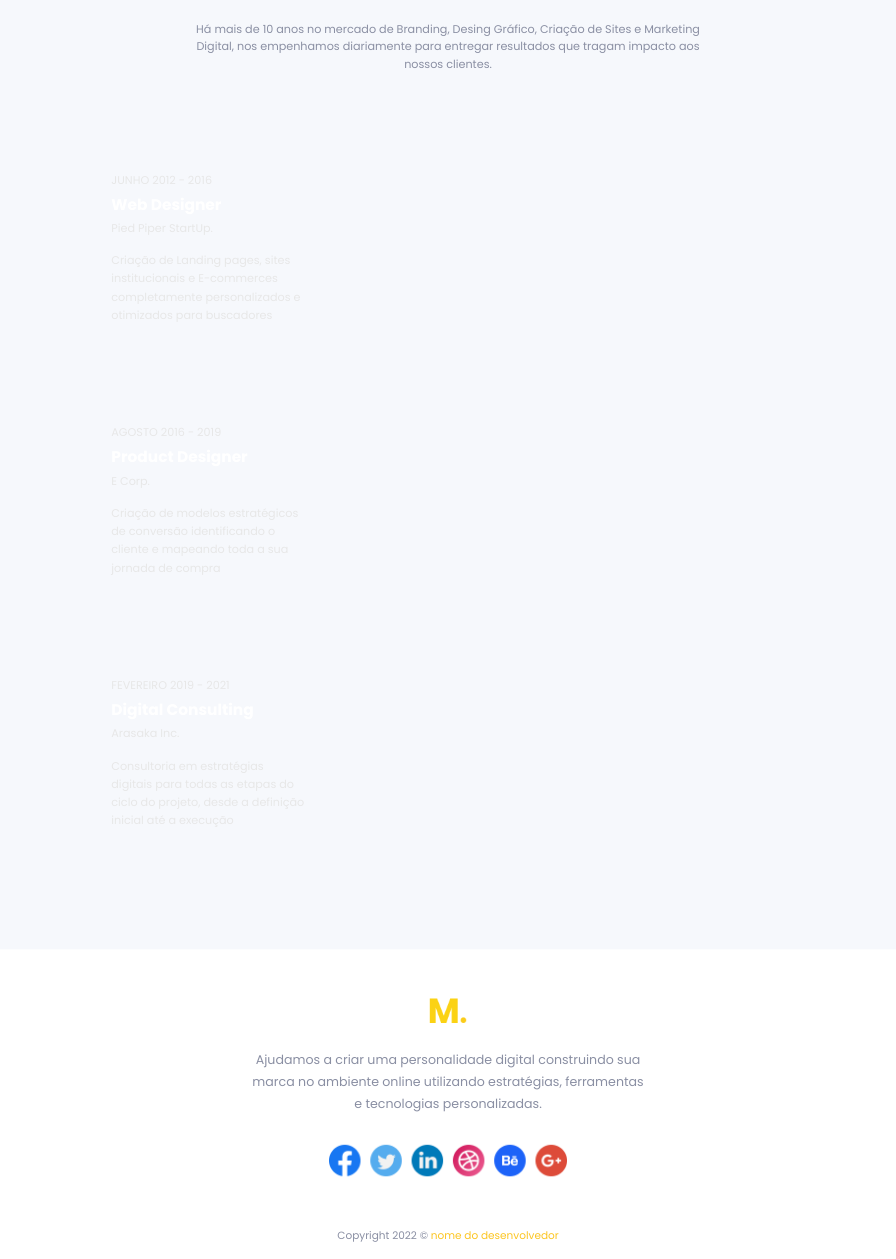
Repository: Daniells642/agencia-digital
Page: /
These files come from the project's save history. The page is drawn as it stood at one moment and after the next save; the edit follows.
The browser window is 1280 px wide. The pictures show the part of the page from y = 879 to 2799 px (the page is 2677 px tall before and 3457 px after), at 70% of full size.
The project was rebuilt for these pictures with package versions that can differ from the ones it lists, and the page was loaded fresh each time.

Above is the page before, as saved 2022-12-02 22:32:08.

### public/index.html
<!DOCTYPE html>
<html lang="pt-br">
  <head>
    <meta charset="utf-8" />
    <link rel="icon" href="assets/logo.png" />
    <meta name="viewport" content="width=device-width, initial-scale=1" />
    <meta name="theme-color" content="#000000" />
    <meta name="description"content="Web site created using create-react-app"/>
    <link rel="apple-touch-icon" href="%PUBLIC_URL%/logo192.png" />
    <link rel="manifest" href="%PUBLIC_URL%/manifest.json" />
    <link rel="preconnect" href="https://fonts.googleapis.com">
    <link rel="preconnect" href="https://fonts.gstatic.com" crossorigin>
    <link href="https://fonts.googleapis.com/css2?family=Poppins:wght@400;500;600;700;800;900&display=swap" rel="stylesheet">
    <title>Agência Digital</title>

  </head>
  <body>
    <noscript>You need to enable JavaScript to run this app.</noscript>
    <div id="root"></div>
    <!--
      This HTML file is a template.
      If you open it directly in the browser, you will see an empty page.

      You can add webfonts, meta tags, or analytics to this file.
      The build step will place the bundled scripts into the <body> tag.

      To begin the development, run `npm start` or `yarn start`.
      To create a production bundle, use `npm run build` or `yarn build`.
    -->
  </body>
</html>

### src/App.js
import Rodape from "./componentes/Rodape";
import SecaoExperienciaTrabalho from "./componentes/SecaoExperienciaTrabalho";
import Topo from "./componentes/Topo";
import SecaoBanner from "./componentes/SecaoBanner";
import "./App.css";
import React, { useState } from 'react';



function App() {

  const [ehTemaEscuro, setTemaEscuro] = useState(false)

  const alterarTema = () => {
    setTemaEscuro(!ehTemaEscuro)
  }

  return (
    <main>
      <Topo alterarTema={alterarTema} ehTemaEscuro={ehTemaEscuro} />
      <SecaoBanner ehTemaEscuro={ehTemaEscuro} />
      <SecaoExperienciaTrabalho ehTemaEscuro={ehTemaEscuro} />
      <Rodape ehTemaEscuro={ehTemaEscuro} />
    </main>
  );
}

export default App;

### src/componentes/Rodape/index.jsx
import "./style.css";
import Logo from '../../assets/logo.png';
import iconeFacebook from '../../assets/facebook.png';
import iconeTwitter from '../../assets/twitter.png';
import iconeLinkedin from '../../assets/linkedin.png';
import iconeDribble from '../../assets/dribble.png';
import iconeBehance from '../../assets/behance.png';
import iconeGooglePlus from '../../assets/google-plus.png';

export default function Rodape(props) {

  return(
    <footer className={props.ehTemaEscuro ? 'rodape-modo-escuro' : 'rodape-modo-claro'}>
      <img src={Logo} alt="logomarca"/>
      <p className="paragrafo">
        Ajudamos a criar uma personalidade digital construindo sua marca no ambiente online utilizando estratégias,
        ferramentas e tecnologias personalizadas.
      </p>
      <div className="iconesRodape">
        <img src={iconeFacebook} alt="facebook"/>
        <img src={iconeTwitter} alt="twitter"/>
        <img src={iconeLinkedin} alt="linkedin"/>
        <img src={iconeDribble} alt="dribble"/>
        <img src={iconeBehance} alt="behance"/>
        <img src={iconeGooglePlus} alt="google plus"/>
      </div>
      <div>
        <p className="copyright">Copyright 2022 &copy; <span>nome do desenvolvedor</span></p>
      </div>
    </footer>
  )
}

### src/componentes/SecaoExperienciaTrabalho/index.jsx
import './style.css';
import Card from "../Card";

export default function SecaoExperienciaTrabalho(props) {

  return (
    <section id="secaoExpDeTrab" className={props.ehTemaEscuro ? "secao-modo-escuro" : "secao-modo-claro"}>
      <div id="container-texto" className={props.ehTemaEscuro ? "container-texto-modo-escuro" : "container-texto-modo-claro"}>
        <h2>Experiências de Trabalho</h2>
        <p>
          Há mais de 10 anos no mercado de Branding, Desing Gráfico, Criação de Sites e Marketing Digital,
          nos empenhamos diariamente para entregar resultados que tragam impacto aos nossos clientes.
        </p>
      </div>
      <div className="conteiner-cards limitar-secao">
        <Card
          data="JUNHO 2012 - 2016"
          titulo="Web Designer"
          empresa="Pied Piper StartUp."
          paragrafo="Criação de Landing pages, sites institucionais e E-commerces completamente personalizados e otimizados para buscadores"
        />
        <Card
          data="AGOSTO 2016 - 2019"
          titulo="Product Designer"
          empresa="E Corp."
          paragrafo="Criação de modelos estratégicos de conversão identificando o cliente e mapeando toda a sua jornada de compra"
        />
        <Card
          data="FEVEREIRO 2019 - 2021"
          titulo="Digital Consulting"
          empresa="Arasaka Inc."
          paragrafo="Consultoria em estratégias digitais para todas as etapas do ciclo do projeto, desde a definição inicial até a execução"
        />
      </div>
    </section>
  );
}

### src/componentes/Topo/index.jsx
import './style.css';
import Logo from '../../assets/logo.png';
import iconeSol from '../../assets/sun.png';
import iconeLua from '../../assets/moon.png';

export default function Topo(props) {
    return (
      <header className={props.ehTemaEscuro ? "topo-modo-escuro" : "topo-modo-claro"}>
            <img className="logo" src={Logo} alt="logomarca"/>
            <button onClick={props.alterarTema} >
              <img className='iconesBtn' src={props.ehTemaEscuro ? iconeSol : iconeLua} alt='icone'/>
            </button>
      </header>
    );
  }

### src/componentes/SecaoBanner/index.jsx
import './style.css';

export default function SecaoBanner(props) {

  return(
    <section id="secaoBanner">
      <div id="imagemDeFundo" className={props.ehTemaEscuro ? 'fundo-modo-escuro' : 'fundo-modo-claro'}></div>
      <div className="texto-secaoBanner">
        <p>BRANDING / UI / UX / TECNOLOGIA</p>
        <h2>Agência de Branding</h2>
        <span>e design digital</span>
      </div>
    </section>
  )
}

### src/App.css
*{
  margin: 0;
  padding: 0;
  box-sizing: border-box;
  font-family: 'Poppins', sans-serif;
}

### src/componentes/Rodape/style.css
footer {
  display: flex;
  flex-direction: column;
  align-items: center;
  justify-content: center;
  padding-top: 70px;
}

.rodape-modo-claro {
  background-color: #fff;
}

.rodape-modo-escuro {
  background-color: #252525;
}

.rodape-modo-escuro .copyright {
  border-top: 1px solid #ffffff0d;
}

.paragrafo {
  padding: 0px 20px;
  font-size: 18px;
  font-weight: 300;
  color: #8a8fa3;
  max-width: 600px;
  line-height: 32px;
  text-align: center;
  margin: 36px auto 42px;
}

.iconesRodape {
  display: flex;
  justify-content: space-around;
  width: 100%;
  max-width: 375px;
  padding: 0px 10px;
  margin-bottom: 50px;
}

.iconesRodape img {
  width: 45px;
  cursor: pointer;
}

.copyright {
  width: 100%;
  font-size: 15px;
  font-weight: 300;
  line-height: 28px;
  color: #8a8fa3;
  padding: 20px 0px;
  text-align: center;
}

.copyright span {
  color: #fcc520;
}

### src/componentes/SecaoExperienciaTrabalho/style.css
#secaoExpDeTrab {
  padding: 100px 20px;
  display: flex;
  flex-direction: column;
  align-items: center;
  justify-content: center;
  background-color: #f6f8fc;
}

.secao-modo-claro {
	background-color: #f6f8fc;
}

.secao-modo-escuro {
  background-color: #393838;
}

#container-texto {
  display: flex;
  flex-direction: column;
  text-align: center;
  align-items: center;
}

#container-texto h2 {
  position: relative;
  font-size: 45px;
  font-weight: 700;
  padding-bottom: 20px;
  margin-bottom: 35px;
}

#container-texto h2::before{
  position: absolute;
  content: "";
  bottom: 0;
  left: 0;
  right: 0;
  margin: 0 auto;
  width: 100px;
  height: 4px;
  background-color: #feb633;
}

#container-texto p {
  font-size: 16px;
  font-weight: 400;
  max-width: 770px;
  margin-bottom: 70px;
}

.container-texto-modo-claro h2{
	color: #32333c;
}

.container-texto-modo-claro p {
	color: #8a8fa3;
}

.container-texto-modo-escuro {
  color: #CCCCCC;
}

.container-cards {
  display: flex;
  justify-content: center;
}

.limitar-secao {
  width: 100%;
  max-width: 1024px;
  margin: 0 auto;
}

@media screen and (max-width: 768px) {
  .container-cards {
    flex-direction: column;
  }
}

### src/componentes/Card/index.jsx
import './style.css';

export default function Card(props) {
    return (
      <div id="card" className={props.ehTemaEscuro ? 'card-modo-claro' : 'card-modo-escuro'}>
        <p className="primeiroParagrafo">{props.data}</p>
        <h4>{props.titulo}</h4>
        <p className="segundoParagrafo">{props.empresa}</p>
        <p>{props.paragrafo}</p>
    </div>
   );
  }

### src/componentes/Topo/style.css
header {
    width: 100%;
    padding: 20px;
    display: flex;
    align-items: center;
    justify-content: space-between;
    position: fixed;
    z-index: 1;
  }

  .topo-modo-claro {
    background-color: #fff;
  }

  .topo-modo-escuro {
    background-color: #252525;
    border-bottom: 1px solid #ffffff0d;
  }

  button {
    display: flex;
    align-items: center;
    padding: 10px 10px;
    cursor: pointer;
  }

  .btn-modo-claro {
    background-color: #fff;
    border-radius: 25px;
    border: 2px solid #747272;
  }

  .btn-modo-escuro {
    background-color: #252525;
    border-radius: 25px;
    border: 2px solid #fff;
  }

  .logo {
    max-height: 35px;
  }

  .iconesBtn {
    width: 25px;
    height: 25px;
  }

### src/componentes/SecaoBanner/style.css
#secaoBanner {
  height: 95vh;
  padding-top: 90px;
  display: flex;
  position: relative;
}

#imagemDeFundo {
  width: 50%;
  background-image: url('../../assets/banner.png');
  background-position: center;
  background-repeat: no-repeat;
  background-size: cover;
  object-fit: cover;
}

.fundo-modo-claro {
	background-color: #fff;
}

.fundo-modo-escuro {
  background-color: #252525;
}

.texto-secaoBanner {
  width: 50%;
  padding: 0px 20px;
  display: flex;
  flex-direction: column;
  justify-content: center;
  background-color: #fafbfc;
}

.texto-secaoBanner p {
  font-size: 12px;
  letter-spacing: 5px;
  font-weight: 500;
  color: #022144;
}

.texto-secaoBanner h2 {
  font-size: 50px;
  font-weight: 500;
  color: #022144;
}

.texto-secaoBanner span {
  font-size: 50px;
  font-weight: 900;
  color: #022144;
}

@media screen and (max-width: 768px) {
  #imagemDeFundo {
    width: 0;
  }

  .texto-secaoBanner {
    width: 100%;
  }
}

### src/componentes/Card/style.css
#card {
    width: 33%;
    padding: 70px 30px;
    display: flex;
    flex-direction: column;
    cursor: pointer;
  }

  #card:hover{
    background-color: #feb633;
    transition: all 1s;
  }

  #card h4 {
    font-size: 22px;
    margin-bottom: 5px;
  }

  #card p {
    font-size: 16px;
    font-weight: 400;
    line-height: 26px;
  }

  .card-modo-claro {
    border: 1px solid #edecec;
  }

  .card-modo-claro h4 {
    color: #32333a;
  }

  .card-modo-claro p {
    color: #8a8fa3;
  }

  .primeiroParagrafo {
    margin-bottom: 5px;
  }

  .segundoParagrafo {
    margin-bottom: 20px;
  }

  @media screen and (max-width: 768px) {
    #card {
      width: auto;
    }
  }

/*modo escuro*/
  .card-modo-escuro {
    border: 1px solid #ffffff0d;
  }

  .card-modo-escuro h4{
    color: #ffffff;
  }

  .card-modo-escuro p {
    color: #e7e7e7;
  }

Loaded but not shown: src/index.js (common file)

After the next save:
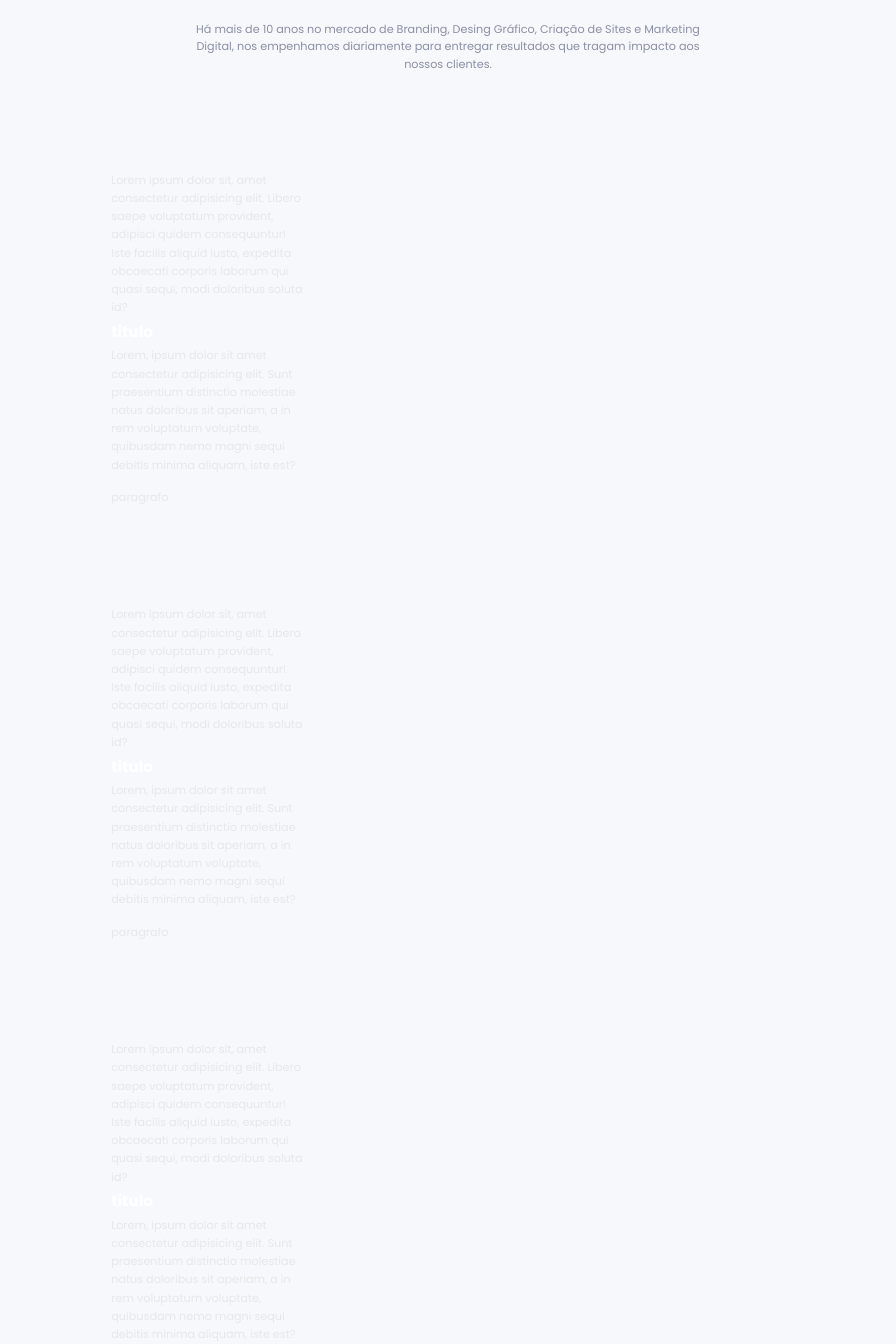
Saved 4 min 44 s later.
--- a/src/componentes/Card/index.jsx
+++ b/src/componentes/Card/index.jsx
@@ -3,10 +3,10 @@ import './style.css';
 export default function Card(props) {
     return (
       <div id="card" className={props.ehTemaEscuro ? 'card-modo-claro' : 'card-modo-escuro'}>
-        <p className="primeiroParagrafo">{props.data}</p>
-        <h4>{props.titulo}</h4>
-        <p className="segundoParagrafo">{props.empresa}</p>
-        <p>{props.paragrafo}</p>
+        <p className="primeiroParagrafo">Lorem ipsum dolor sit, amet consectetur adipisicing elit. Libero saepe voluptatum provident, adipisci quidem consequuntur! Iste facilis aliquid iusto, expedita obcaecati corporis laborum qui quasi sequi, modi doloribus soluta id?</p>
+        <h4>titulo</h4>
+        <p className="segundoParagrafo">Lorem, ipsum dolor sit amet consectetur adipisicing elit. Sunt praesentium distinctio molestiae natus doloribus sit aperiam, a in rem voluptatum voluptate, quibusdam nemo magni sequi debitis minima aliquam, iste est?</p>
+        <p>paragrafo</p>
     </div>
    );
   }
